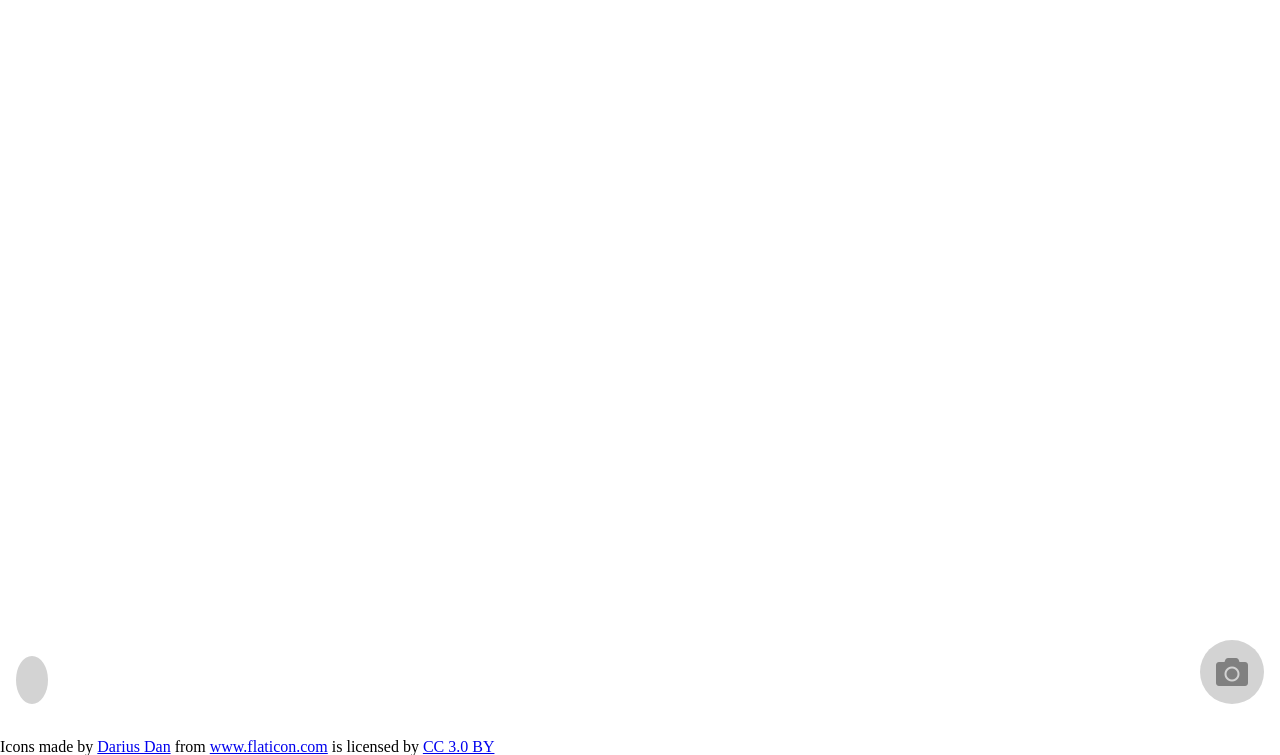
Repository: dalzell99/Bowls-Measure
Page: index.html
The author's editor kept a copy of each file at every save. The page is drawn from the files as they stood at one save, then again after the next save.
The browser window is 1280 px wide. The pictures show the whole page.
Some icons come from a web library that is not loaded, so they are not drawn. Some web libraries are served in a nearby version.

Above is the page before, as saved 2019-01-09 15:05:47.

### index.html
<!DOCTYPE html>
<html>
<head>
	<meta charset="utf-8" />
	<meta http-equiv="X-UA-Compatible" content="IE=edge">
	<title>Bowls Measure</title>
	<meta name="viewport" content="width=device-width, initial-scale=1">
	<link rel="manifest" href="/manifest.json">

	<link rel="stylesheet" type="text/css" href="css/reset.css" />
	<!-- <link rel="stylesheet" href="node_modules/@fortawesome/fontawesome-free/css/all.min.css" /> -->
	<link rel="stylesheet" href="https://use.fontawesome.com/releases/v5.6.3/css/all.css" integrity="sha384-UHRtZLI+pbxtHCWp1t77Bi1L4ZtiqrqD80Kn4Z8NTSRyMA2Fd33n5dQ8lWUE00s/" crossorigin="anonymous">
	<link rel="stylesheet" type="text/css" href="css/app.css" />

	<script src="js/app.js"></script>
</head>
<body>
	<!-- Display feed from camera -->
	<video class="camera"></video>

	<!-- Display image taken with overlay measurements -->
	<img class="image" />

	<!-- Button for taking image -->
	<div class="photo-button">
		<i class="fas fa-camera"></i>
	</div>

	<!-- Button for reloading app -->
	<div class="reload-button">
		<i class="fas fa-refresh"></i>
	</div>

	<div>Icons made by <a href="https://www.flaticon.com/authors/darius-dan" title="Darius Dan">Darius Dan</a> from <a href="https://www.flaticon.com/" 			    title="Flaticon">www.flaticon.com</a> is licensed by <a href="http://creativecommons.org/licenses/by/3.0/" 			    title="Creative Commons BY 3.0" target="_blank">CC 3.0 BY</a></div>
</body>
</html>

### css/app.css
body {
	overflow: hidden;
}

.camera {
	width: 100vw;
	height: 100vh;
}

.photo-button {
	position: absolute;
	bottom: 1em;
	right: 1em;
	background-color: lightgrey;
	border-radius: 50%;
	padding: 1em;
	cursor: pointer;
}

.photo-button i {
	font-size: 2em;
	color: grey;
}

.reload-button {
	position: absolute;
	bottom: 1em;
	left: 1em;
	background-color: lightgrey;
	border-radius: 50%;
	padding: 1em;
	cursor: pointer;
}

.reload-button i {
	font-size: 2em;
	color: grey;
}

### js/app.js
// NOTE: Register service worker
if ('serviceWorker' in navigator) {
	window.addEventListener('load', function() {
		navigator.serviceWorker.register('/sw.js').then(function(registration) {
			// Registration was successful
			console.log('ServiceWorker registration successful with scope: ', registration.scope);
		}, function(err) {
			// registration failed :(
			console.log('ServiceWorker registration failed: ', err);
		});
	});
}

// NOTE: Add to homescreen prompt
window.addEventListener('beforeinstallprompt', (e) => {
	// Prevent Chrome 67 and earlier from automatically showing the prompt
	e.preventDefault();

	e.prompt();
});

// NOTE: Get video feed from rear camera and show to user
// Older browsers might not implement mediaDevices at all, so we set an empty object first
if (navigator.mediaDevices === undefined) {
	navigator.mediaDevices = {};
}

// Some browsers partially implement mediaDevices. We can't just assign an object
// with getUserMedia as it would overwrite existing properties.
// Here, we will just add the getUserMedia property if it's missing.
if (navigator.mediaDevices.getUserMedia === undefined) {
	navigator.mediaDevices.getUserMedia = function (constraints) {

		// First get ahold of the legacy getUserMedia, if present
		var getUserMedia = navigator.webkitGetUserMedia || navigator.mozGetUserMedia;

		// Some browsers just don't implement it - return a rejected promise with an error
		// to keep a consistent interface
		if (!getUserMedia) {
			return Promise.reject(new Error('getUserMedia is not implemented in this browser'));
		}

		// Otherwise, wrap the call to the old navigator.getUserMedia with a Promise
		return new Promise(function (resolve, reject) {
			getUserMedia.call(navigator, constraints, resolve, reject);
		});
	}
}

navigator.mediaDevices.getUserMedia({
	video: {
		facingMode: {
			exact: "environment"
		}
	}
}).then(function (stream) {
	var video = document.querySelector('video');
	// Older browsers may not have srcObject
	if ("srcObject" in video) {
		video.srcObject = stream;
	} else {
		// Avoid using this in new browsers, as it is going away.
		video.src = window.URL.createObjectURL(stream);
	}

	video.onloadedmetadata = function (e) {
		video.play();
	};
}).catch(function (err) {
	console.log(err.name + ": " + err.message);
});

Loaded but not shown: css/reset.css (common file)

After the next save:
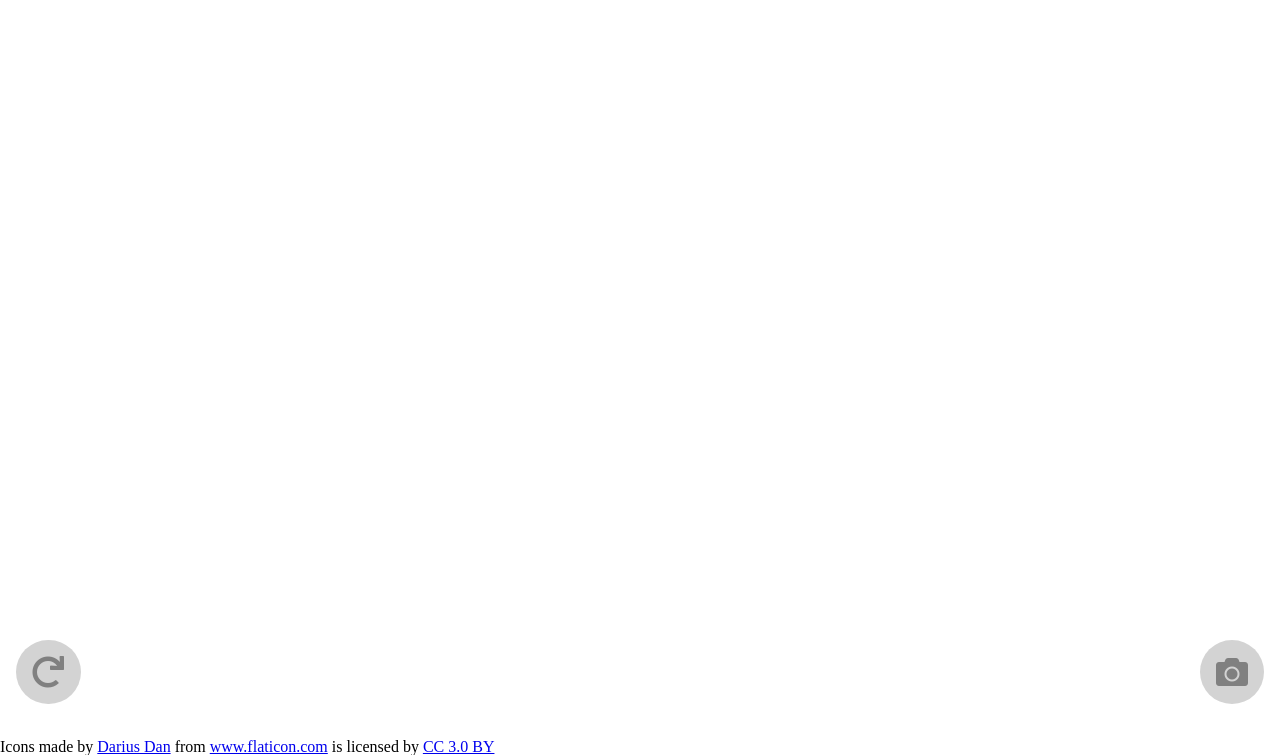
Saved 42 s later.
--- a/index.html
+++ b/index.html
@@ -28,7 +28,7 @@
 
 	<!-- Button for reloading app -->
 	<div class="reload-button">
-		<i class="fas fa-refresh"></i>
+		<i class="fas fa-redo"></i>
 	</div>
 
 	<div>Icons made by <a href="https://www.flaticon.com/authors/darius-dan" title="Darius Dan">Darius Dan</a> from <a href="https://www.flaticon.com/" 			    title="Flaticon">www.flaticon.com</a> is licensed by <a href="http://creativecommons.org/licenses/by/3.0/" 			    title="Creative Commons BY 3.0" target="_blank">CC 3.0 BY</a></div>
